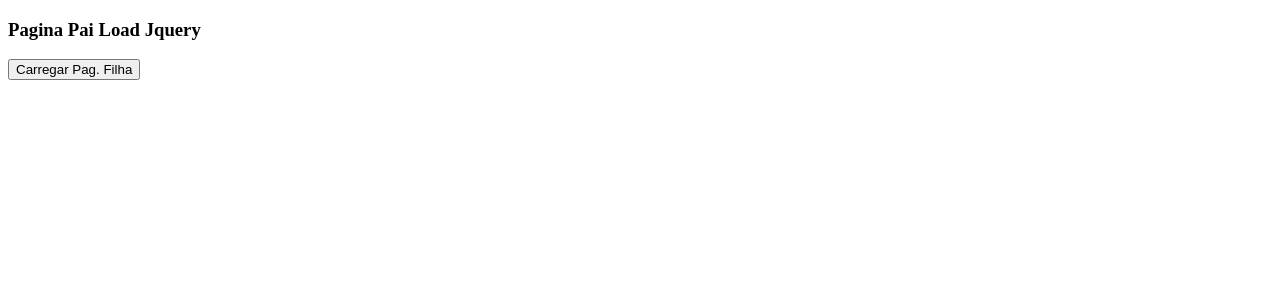
Repository: VictorGOrellana/RecursosJava
Page: http://localhost/curso.edu/pages/paginaPai.jsp
An editor plug-in stored every save of this project. The page is shown before and after the next save, followed by the edit.
The browser window is 1280 px wide. The pictures show the whole page.
After loading, the first visible `input` was clicked once.
The page is served by Tomcat 9.

Above is the page before, as saved 2019-07-25 17:41:15.

After the next save:
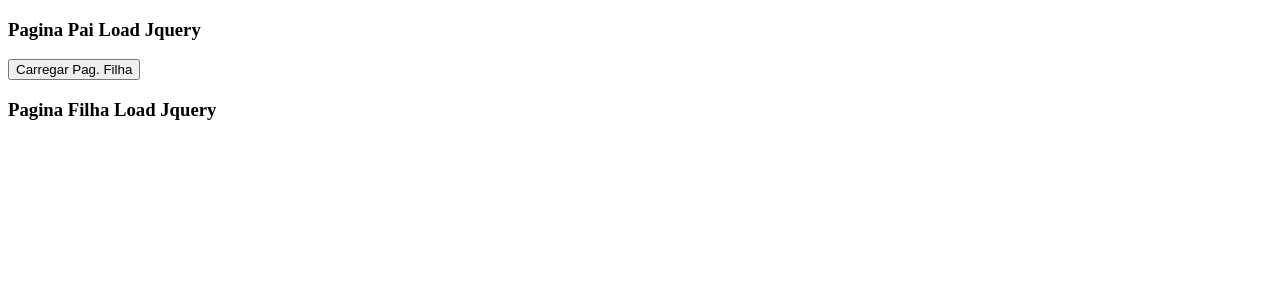
Saved 8 min 11 s later.
--- a/curso.edu/WebContent/pages/paginaPai.jsp
+++ b/curso.edu/WebContent/pages/paginaPai.jsp
@@ -18,7 +18,7 @@
 </body>
 <script>
 	function carregar(){
-		$("mostrarPaginaFilha").load('paginaFilha.jsp');
+		$("#mostrarPaginaFilha").load('paginaFilha.jsp');
 
 	}
 
